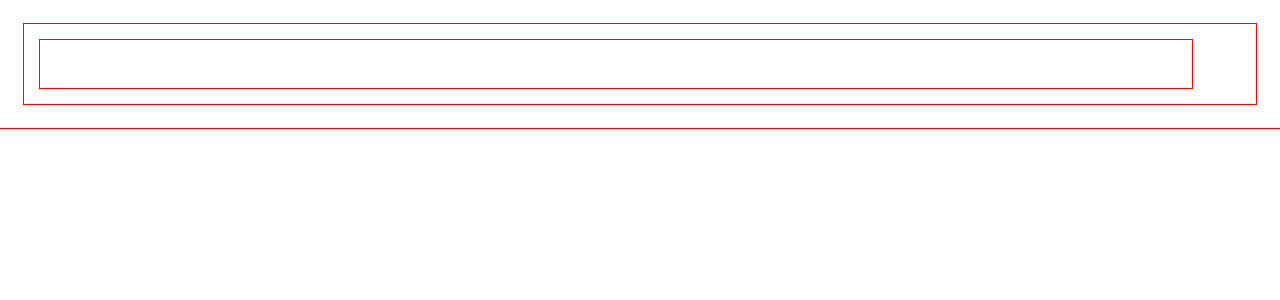
Repository: JacobSkilling-dot/Project1-Blog
Page: Week3-Blog.html
The author's editor kept a copy of each file at every save. The page is drawn from the files as they stood at one save, then again after the next save.
The browser window is 1280 px wide. The pictures show the whole page.

Above is the page before, as saved 2023-01-16 19:37:58.

After the next save:
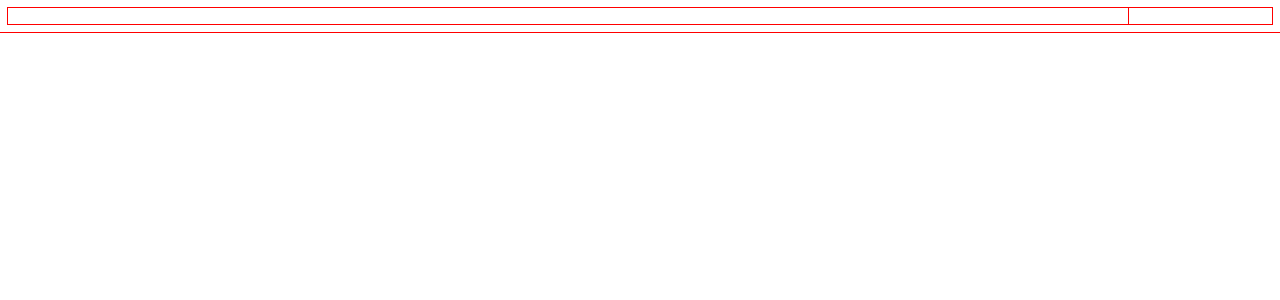
Saved 26 s later.
--- a/style.css
+++ b/style.css
@@ -1,5 +1,5 @@
 * {
     outline: 1px solid rgb(255, 0, 0);
-    padding: 1rem;
+    padding: 0rem;
     min-height: 1rem;
 }

After the save that followed:
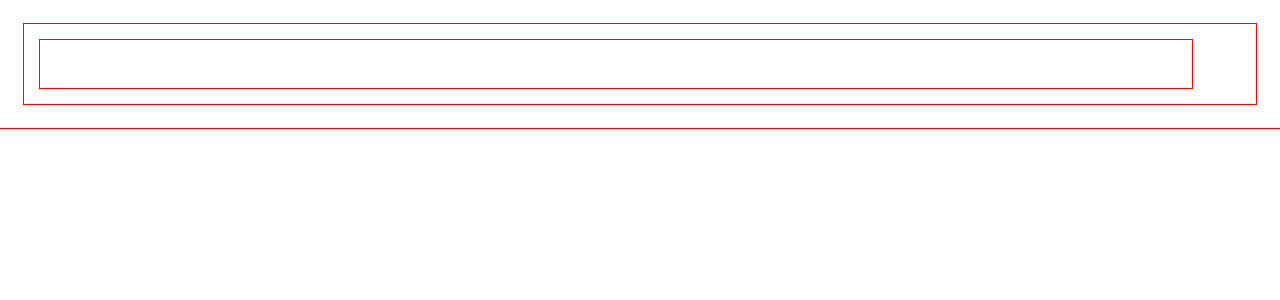
Saved 8 s later.
--- a/style.css
+++ b/style.css
@@ -1,5 +1,5 @@
 * {
     outline: 1px solid rgb(255, 0, 0);
-    padding: 0rem;
+    padding: 1rem;
     min-height: 1rem;
 }
